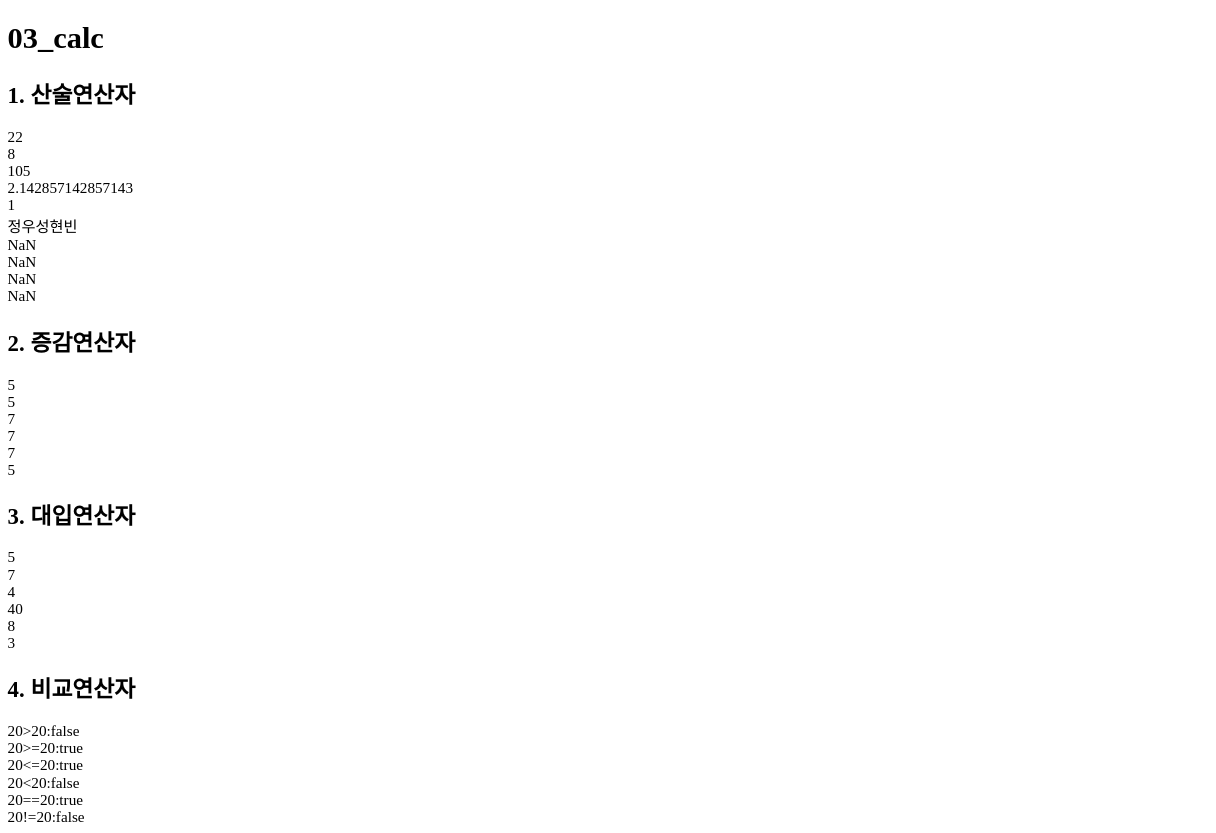
Repository: psun2/Korea-IT-Academy
Page: (back up) _ 오전/study_a/web_work/scriptProj/WebContent/first/03_calc.html
An editor plug-in stored every save of this project. The page is shown before and after the next save, followed by the edit.
The browser window is 1280 px wide. The pictures show the whole page, at 95% of full size.

Above is the page before, as saved 2020-07-30 02:33:07.

After the next save:
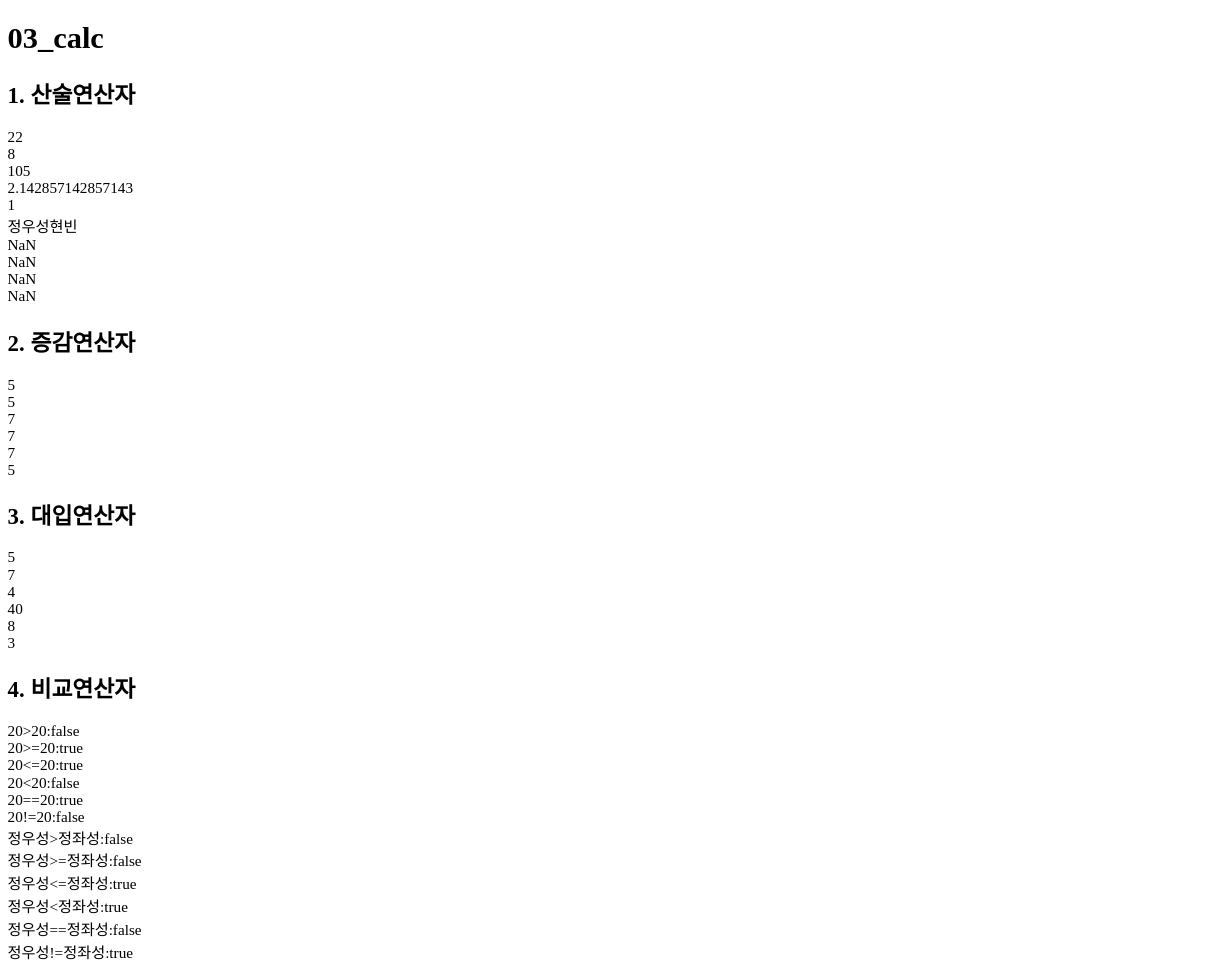
Saved 22 s later.
--- a/(back up) _ 오전/study_a/web_work/scriptProj/WebContent/first/03_calc.html
+++ b/(back up) _ 오전/study_a/web_work/scriptProj/WebContent/first/03_calc.html
@@ -49,6 +49,14 @@ document.write(a+'<'+b+':'+(a < b) +"<br>")
 document.write(a+'=='+b+':'+(a == b) +"<br>")
 document.write(a+'!='+b+':'+(a != b) +"<br>")
 
+a = '정우성',b = '정좌성'
+document.write(a+'>'+b+':'+(a > b) +"<br>")
+document.write(a+'>='+b+':'+(a >= b) +"<br>")
+document.write(a+'<='+b+':'+(a <= b) +"<br>")
+document.write(a+'<'+b+':'+(a < b) +"<br>")
+document.write(a+'=='+b+':'+(a == b) +"<br>")
+document.write(a+'!='+b+':'+(a != b) +"<br>")
+
 </script>
 </body>
 </html>
